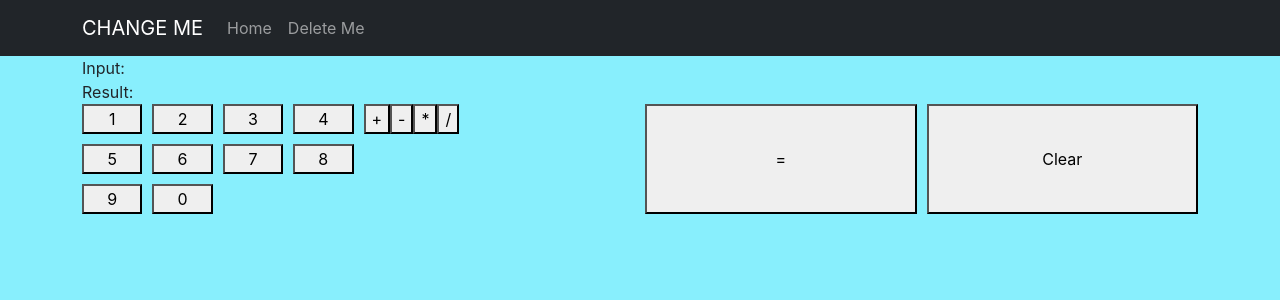
Repository: jgramirez0210/calculator-react
Page: /
The author's editor kept a copy of each file at every save. The page is drawn from the files as they stood at one save, then again after the next save.
The browser window is 1280 px wide. The pictures show the whole page.
The project was rebuilt for these pictures with package versions that can differ from the ones it lists, and the page was loaded fresh each time. The framework's server and built-in components were replaced by stand-ins that run in the browser. Also part of the build but not shown: next.config.js.

Above is the page before, as saved 2024-01-09 20:23:42.

After the next save:
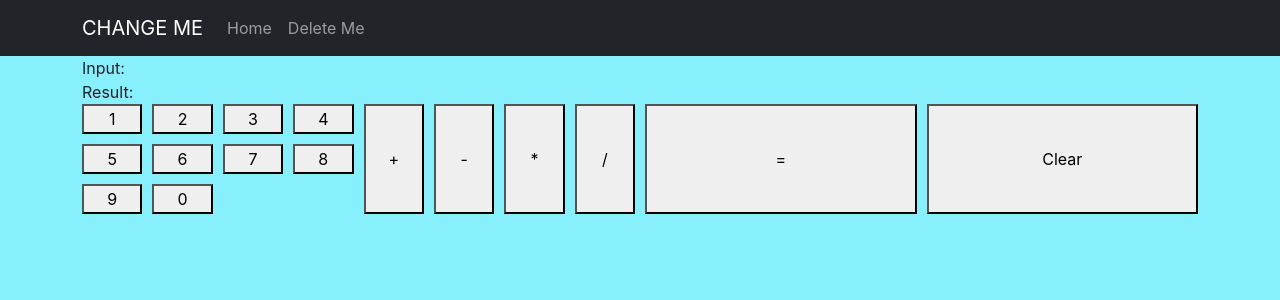
Saved 20 s later.
--- a/styles/globals.css
+++ b/styles/globals.css
@@ -31,7 +31,7 @@
   grid-template-columns: repeat(4, 1fr);
   gap: 10px;
 }
-.calculator-numbers {
+.calculator-operators {
   display: grid;
   grid-template-columns: repeat(4, 1fr);
   gap: 10px;

After the save that followed:
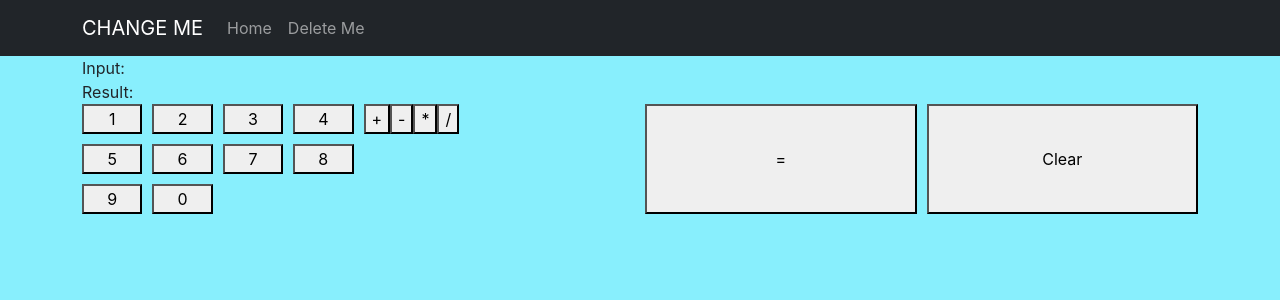
Saved 7 s later.
--- a/styles/globals.css
+++ b/styles/globals.css
@@ -31,7 +31,7 @@
   grid-template-columns: repeat(4, 1fr);
   gap: 10px;
 }
-.calculator-operators {
+.calculator-numbers {
   display: grid;
   grid-template-columns: repeat(4, 1fr);
   gap: 10px;
